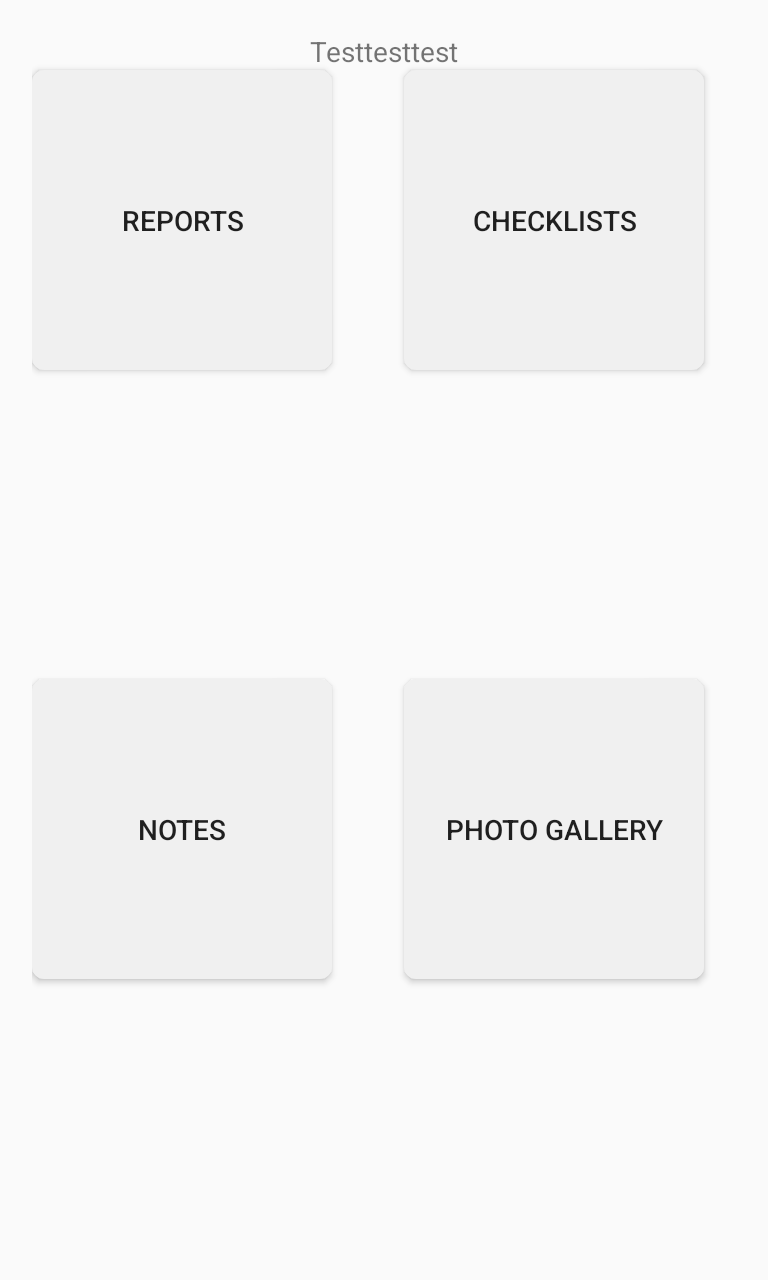
Repository: TheDizzler/shiny-octo-robot
Layout: Qdap/res/layout/fragment_categories.xml
These files come from the project's save history. The layout is drawn as it stood at one moment and after the next save; the edit follows.
It is drawn on a 768 x 1280 px phone screen (xhdpi) without system bars, with theme AppTheme; the app's code is not run.

Above is the layout before, as saved 2014-05-14 23:45:27.

After the next save:
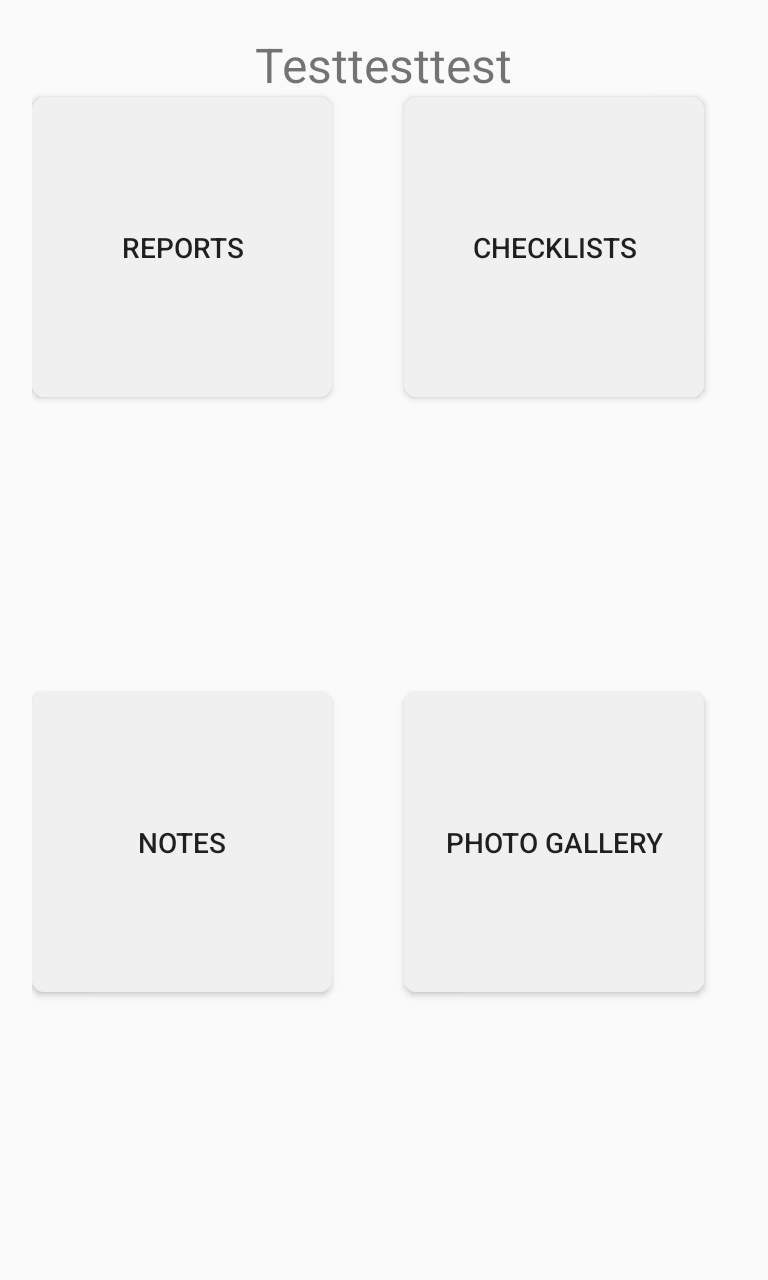
Saved 2 min 13 s later.
--- a/Qdap/res/layout/fragment_categories.xml
+++ b/Qdap/res/layout/fragment_categories.xml
@@ -22,7 +22,8 @@
         android:layout_row="0"
         android:text="Testtesttest"
         android:shadowRadius="15"
-        android:shadowDx="15"/>
+        android:shadowDx="15"
+        android:textSize="24"/>
 
 
     <Button
